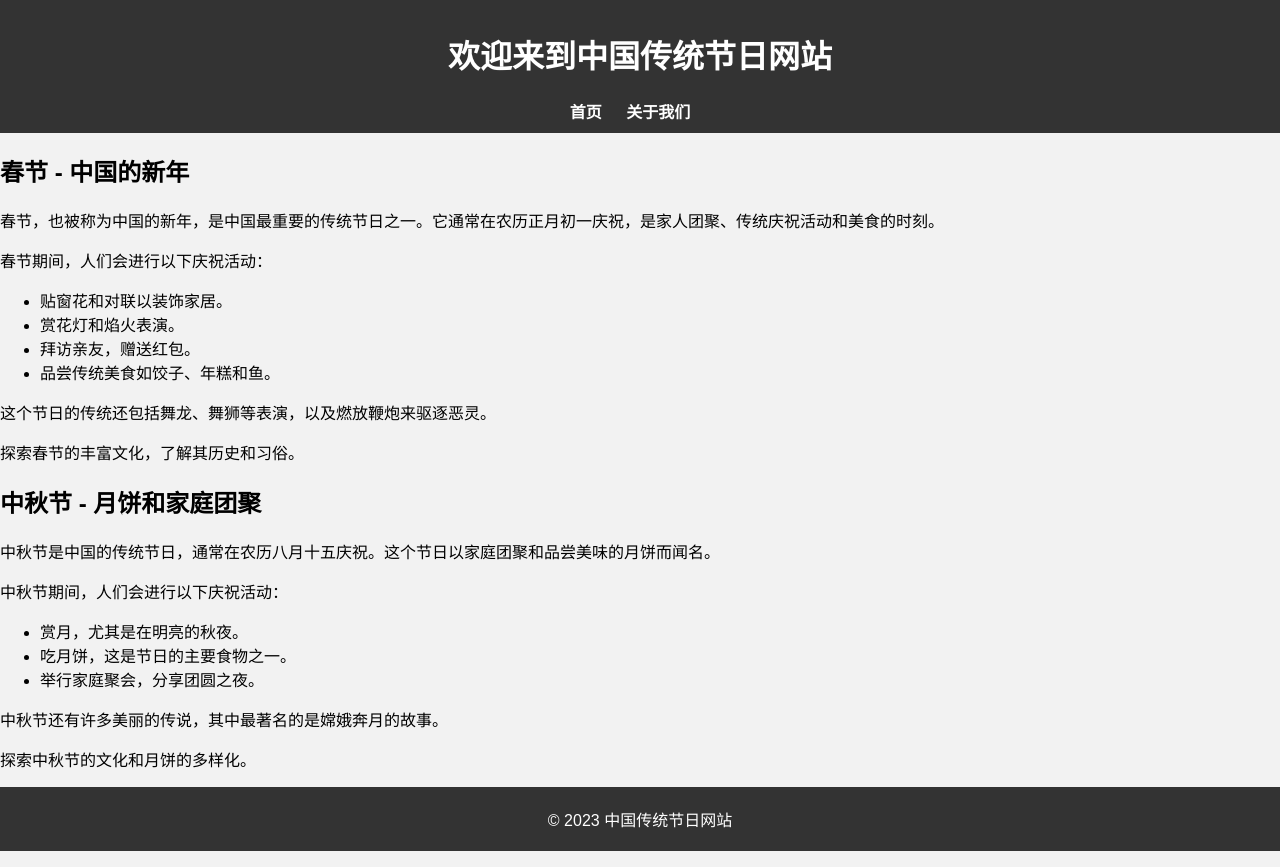
Repository: XueJie1/computer-operation-basics
Page: index.html
An editor plug-in stored every save of this project. The page is shown before and after the next save, followed by the edit.
The browser window is 1280 px wide. The pictures show the whole page.

Above is the page before, as saved 2023-08-30 14:40:05.

After the next save:
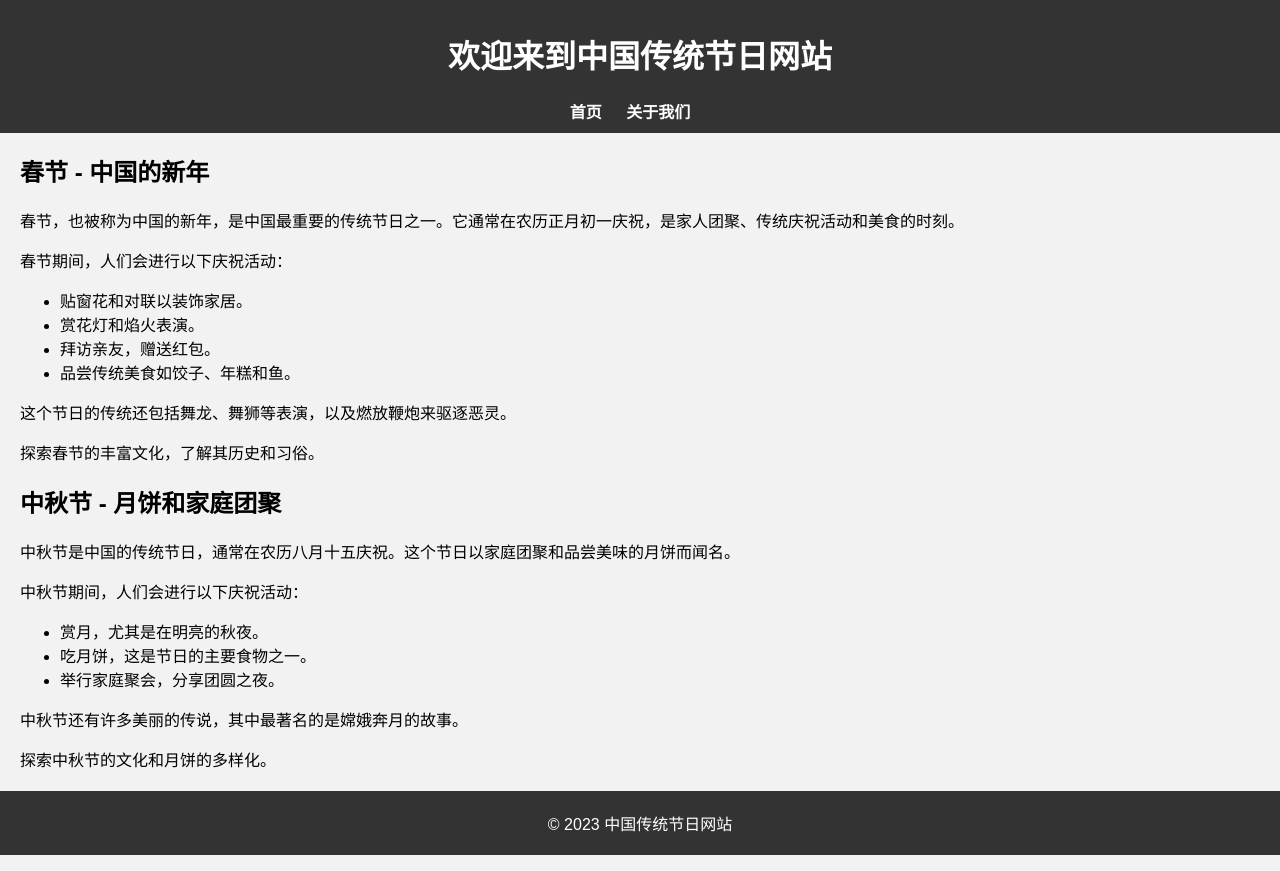
Saved 61 s later.
--- a/css/styles.css
+++ b/css/styles.css
@@ -43,7 +43,7 @@ nav ul li a:hover {
 }
 
 main {
-    margin: auto;
+    margin: 20px 20px 20px 20px;
 }
 
 footer p{
